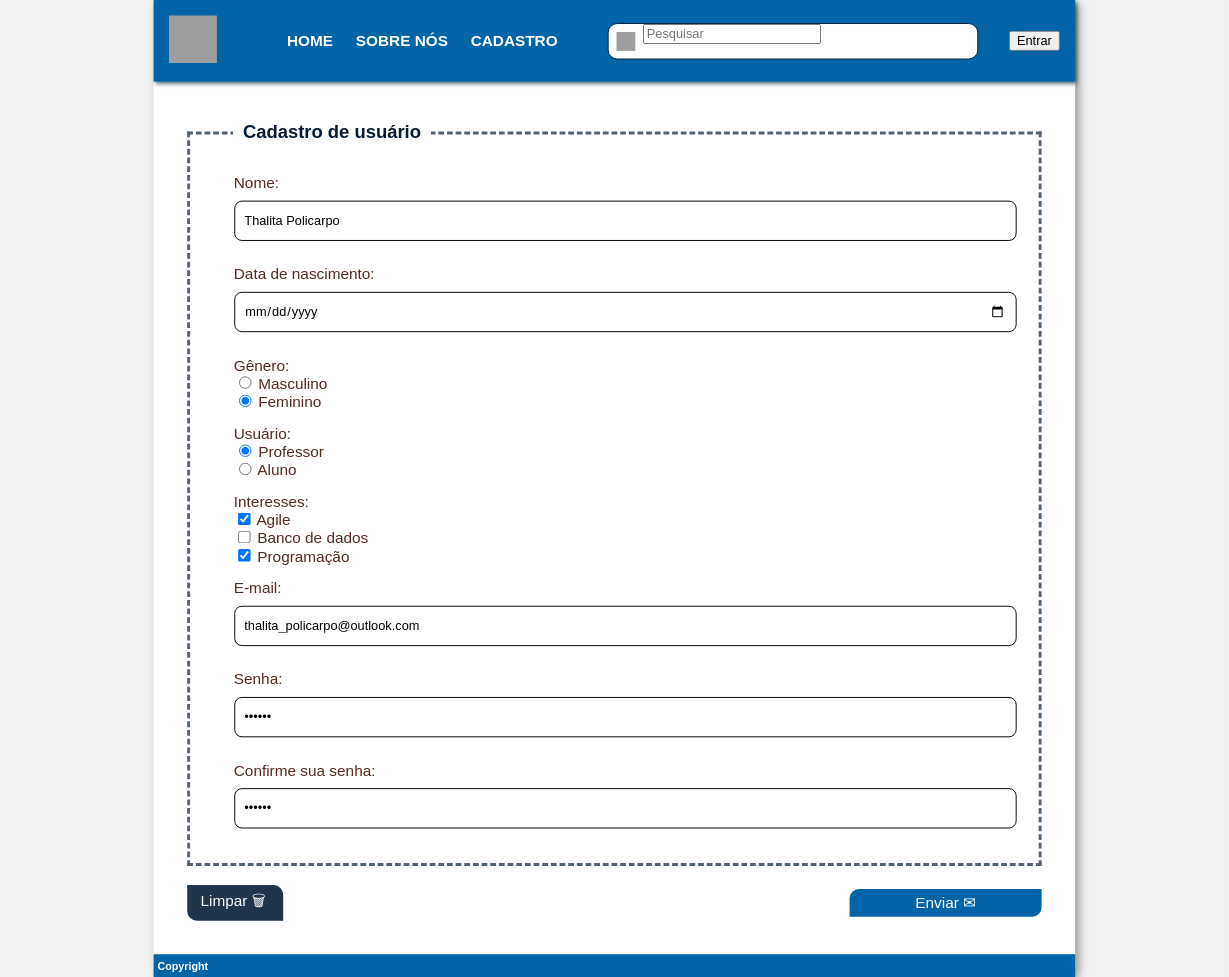
Repository: Thalita-Policarpo/Java_Web
Page: http://localhost/appcurso/WEB-INF/jsp/Lista/cadastro.jsp
An editor plug-in stored every save of this project. The page is shown before and after the next save, followed by the edit.
The browser window is 1280 px wide. The pictures show the whole page, at 96% of full size.
Pictures or frames that could not be fetched are drawn as grey boxes. The page is served by Tomcat 9. Nobody is signed in. Other server files are loaded and not shown. The template is opened directly, without the code that normally fills it, so the values that code supplies are empty.

Above is the page before, as saved 2023-02-08 19:09:29.

### appcurso/appcurso/src/main/webapp/WEB-INF/jsp/Lista/cadastro.jsp
<%@ page language="java" contentType="text/html; charset=UTF-8"
    pageEncoding="UTF-8"%>
<!DOCTYPE html>
<html>
<head>
<meta charset="UTF-8">
<title>Cadastro de Usuários</title>

<style type="text/css">

body {
    font-family: Arial, Helvetica, sans-serif;
    background-color: rgba(235, 233, 233, 0.616);
    margin: 0px;
    line-height: 1em;
    align-items: center;
}

#container{
    margin: auto;
    width: 960px;
    background-color: white;
    border-radius: 0px 0px 10px 10px;
    box-shadow: 4px 4px 9px 0px rgba(0, 0, 0, 0.384);
    position: relative;
}

header {
    margin: auto;
    border-radius: 8px 8px 0px 0px;
}

nav  figure  img {
    margin: 0;
    padding: 0;
    width: 50px;
    height: 50px;
}

nav figure{
    margin: 0;
    padding: 0;
}

nav {
    width: 100%;
    height: 85px;
    display: inline-flex;
    justify-content: space-around;
    align-items: center;
    background-color: #0064A7;
    padding: 0;
    box-shadow: 2px 2px 4px 0px #082640a8;
}

nav  ul  li{
    display: inline-flex;
    flex-direction: row;
}

nav  ul  li  a{
    text-decoration: none;
    color: white;
    font-weight: bold;
    margin-right: 1.2em;
}

nav a:hover{
    text-decoration: underline;
}

.form-busca{
    align-items: center;
    background-color:white;
    border:solid 1px #061F39;
    padding: 0;
    border-radius:10px;
    width:40%;
}

.button-busca{
    align-items: center;
    float:left;
    background-color:transparent;
    padding-left:5px;
    font-style:italic;
    font-size:16px;
    border:none;
    height:36px;
    width:86%;
}

.button-busca{
    width: 20px;
    height: 20px;
    padding: 8px;
}

figcaption {
    padding: 0 0.5em;
}

.cadastro {
    padding: 20px;
}

.cadastro p{
    color: #562a1f;
    font-family:'Poppins', sans-serif;
    font-size: 1em;
    text-align: left;
    padding: 0.5px;
}

.form-input-nome, .form-date-nascimento, .form-input-email, .form-input-senha{
    height: 40px;
    padding: 0px 10px;
    font-family: 'Poppins', sans-serif;
    font-weight: normal;
    width: 100%;
    border: solid 0.5px;
    border-radius: 08px;
    margin: 10px 0px;
}

.botoes{
    display: flex;
    flex-direction: row;
    justify-content: space-between;
    align-items: center;
}


.cadastro input:hover{
    background-color:rgba(183, 241, 245, 0.288);
}
fieldset{
    padding: 10px 45px;
    text-align: left;
    border: 3px dashed #051c36b0;
    margin: 15px;
}
legend{
    padding: 10px;
    color: #051C36;
    font-weight: bold;
    font-family: 'Changa', sans-serif;
    font-size: 1.2em;
}
.btn-enviar{
    background-color: #0064A7;
    font-size: 1em;
    color: white;
    border: none;
    border-radius: 10px 0px;
    min-width: 200px;
    max-width: 40%;
    padding: 5px;
    margin: 5px 15px;

}
.btn-enviar:hover{
    text-decoration: underline;
}
.btn-enviar:active{
    background-color: rgb(65, 182, 91);
    font-size: 1.1em;
}

.btn-limpar{
    background-color:#051c36e3;
    font-size: 1em;
    color: white;
    border: none;
    border-radius: 0px 10px;
    min-width: 100px;
    max-width: 15%;
    padding: 5px;
    margin: 5px 15px;

}

.btn-limpar:hover{
    text-decoration: underline;
}
.btn-limpar:active{
    background-color: #049DBF;
    font-size: 1.1em;
}

footer {
    clear: both;
    background-color: #0064A7;
    color: white;
    padding: 4px;
    margin: 0px;
    margin-top: 10px;
}
footer > p {
    margin: 0px;
    font-size: 0.7em;
    font-weight: bold;
    color: white;
}
</style>
</head>
<body>
	<div id="container">
<header>
            <nav>
                <figure>
                    <img src="image/figure.png" alt="logo da App Cursos" title="logo da App Cursos">
                </figure>
                <ul>
                    <li><a href="/" title="HOME">HOME</a></li>
                    <li><a href=" " title="SOBRE NÓS">SOBRE NÓS</a></li>
                    <li><a href="/usuario" title="CADASTRO">CADASTRO</a></li>
                </ul>

                <form action="" class="form-busca">
                    <input type="text" class="form-input-busca" placeholder="Pesquisar"/>
                    <img src="image/search.png" class="button-busca" alt="Buscar"/>
                </form>
                <button class="entrar">Entrar</button>
            </nav>
        </header>
		<main>
			<form class="cadastro" method="post" action="/usuario/incluir" autocomplete="on">
				<fieldset>
					<legend>Cadastro de usuário</legend>
					<p>
						<label for="nome">Nome:</label>
						<input type="text" class="form-input-nome" name="nome" value="Thalita Policarpo" placeholder="Nome completo" required minlength="5" autocomplete="name">
					</p>
                    <p>
                        <label for="nascimento">Data de nascimento:</label>
                        <input type="date" class="form-date-nascimento" name="nascimento" required value="">
                    </p>
                    <article class="checked">
                        <p>
                            <label for="genero">Gênero:</label> <br>

                            <input type="radio" class="form-radio-genero" name="genero" value="Masculino" > Masculino <br>
                            <input type="radio" class="form-radio-genero" name="genero" value="Feminino"  checked> Feminino
                        </p>

                        <p>
                            <label for="tipoUsuario">Usuário:</label><br>
                            <input type="radio" class="form-radio-tipoUsuario" name="tipoUsuario" value="Professor" checked> Professor <br>
                            <input type="radio" class="form-radio-tipoUsuario" name="tipoUsuario" value="Aluno"> Aluno
                        </p>

                        <p>
                            <label for="interesses">Interesses:</label><br>
                            <input type="checkbox" class="form-check-interesses" name="interesses" value="Agile"  checked> Agile <br>
                            <input type="checkbox" class="form-check-interesses" name="interesses" value="Banco de Dados" > Banco de dados <br>
                            <input type="checkbox" class="form-check-interesses" name="interesses" value="Programação" checked> Programação
                        </p>

                    </article>
                    <p>
                        <label for="email">E-mail:</label>
                        <input type="email" class="form-input-email" name="email" value="thalita_policarpo@outlook.com" placeholder="exemplo@exmail.com.br" pattern="[a-z0-9._%+-]+@[a-z0-9.-]+\.[a-z]{2,3}$" required autocomplete="email">
                    </p>
                    <p>
                        <label for="senha">Senha:</label>
                        <input type="password" class="form-input-senha" name="senha" value="123456" placeholder="Digite sua senha (mínimo 8 letras)" required minlength="6" maxlength="10" autocomplete="new-password" >
                    </p>
                    <p>
                        <label for="confirmarSenha">Confirme sua senha:</label>
                        <input type="password" class="form-input-senha" name="confirmarSenha" value="123456" placeholder="Digite novamente sua senha" required maxlength="10" autocomplete="new-password" >
                    </p>
				</fieldset>
                        <article class="botoes">
                            <input type="reset"  class="btn-limpar" value="Limpar &#128465; ">
                            <input type="submit" class="btn-enviar" value="Enviar &#9993;">
                        </article>
			</form>
		</main>
        <footer>
            <p>
                Copyright
            </p>
        </footer>
	</div>
</body>
</html>

After the next save:
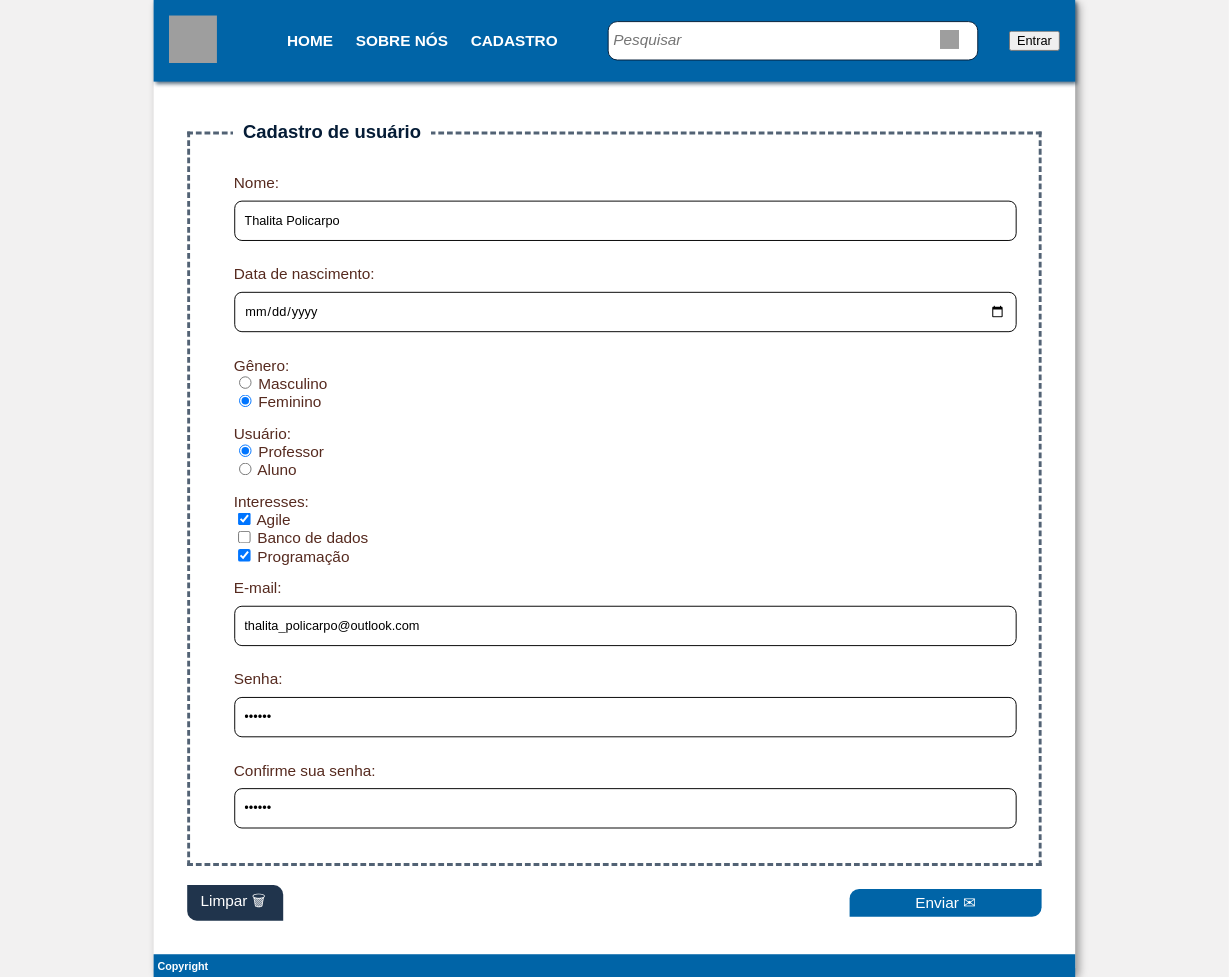
Saved 102 s later.
--- a/appcurso/appcurso/src/main/webapp/WEB-INF/jsp/Lista/cadastro.jsp
+++ b/appcurso/appcurso/src/main/webapp/WEB-INF/jsp/Lista/cadastro.jsp
@@ -78,7 +78,7 @@ nav a:hover{
     width:40%;
 }
 
-.button-busca{
+.form-input-busca{
     align-items: center;
     float:left;
     background-color:transparent;
